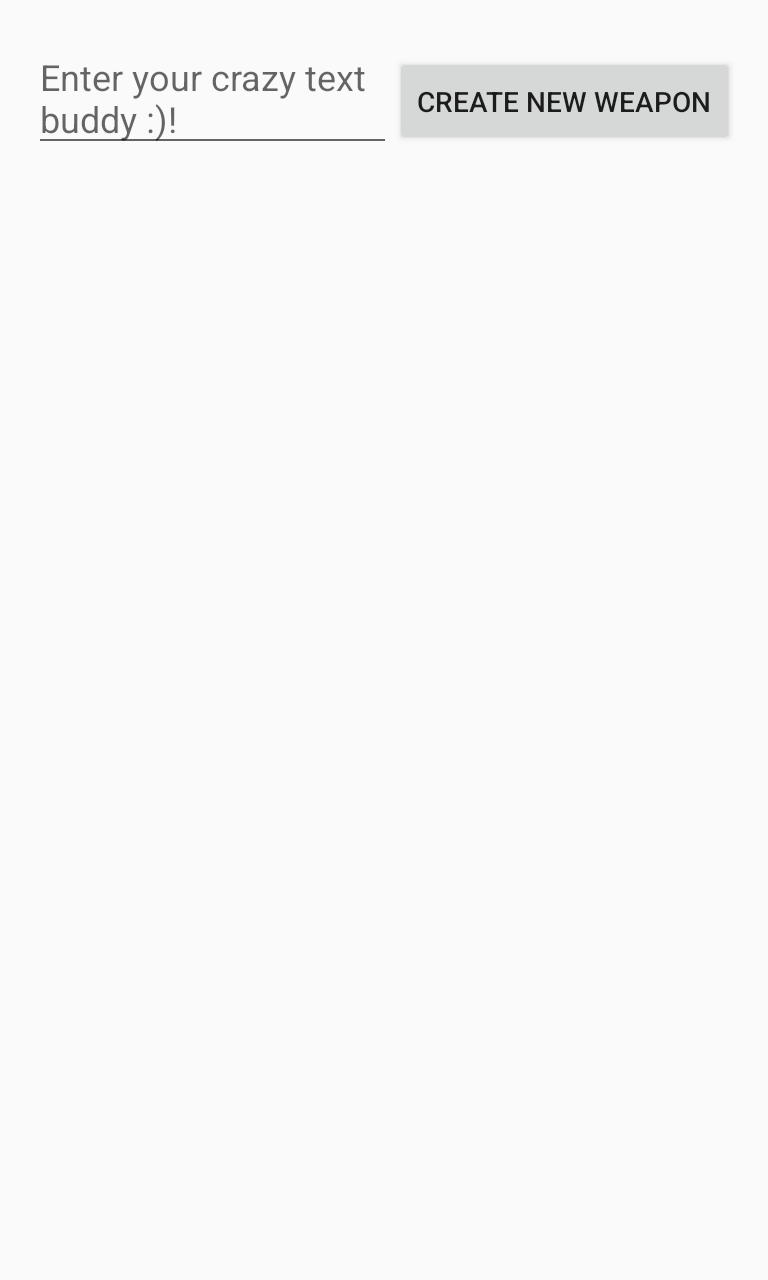
Repository: AndyJeanca/JustRacing
Layout: JustRacing/res/layout/fragment_main.xml
The author's editor kept a copy of each file at every save. The layout is drawn from the files as they stood at one save, then again after the next save.
It is drawn on a 768 x 1280 px phone screen (xhdpi) without system bars, with theme AppTheme; the app's code is not run.

Above is the layout before, as saved 2014-05-22 05:53:09.

After the next save:
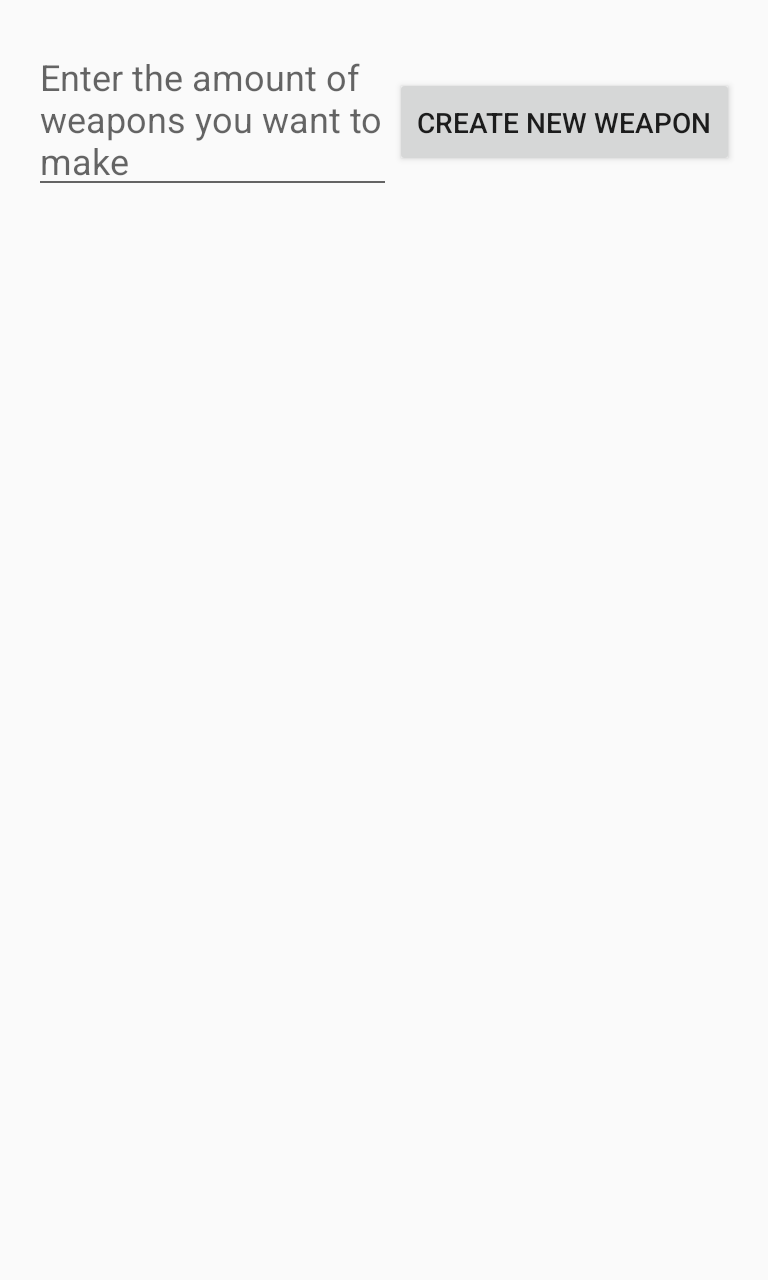
Saved 3 min 40 s later.
--- a/JustRacing/res/values/strings.xml
+++ b/JustRacing/res/values/strings.xml
@@ -3,7 +3,7 @@
 
     <string name="app_name">JustRacing</string>
     <string name="hello_world">Entonces Mundo!</string>
-    <string name="edit_text">Enter your crazy text buddy :)!</string>
+    <string name="edit_text">Enter the amount of weapons you want to make</string>
     <string name="button_send">Create New Weapon</string>
     <string name="action_settings">Settings</string>
     <string name="title_activity_print_new_weapon_information">PrintNewWeaponInformation</string>
